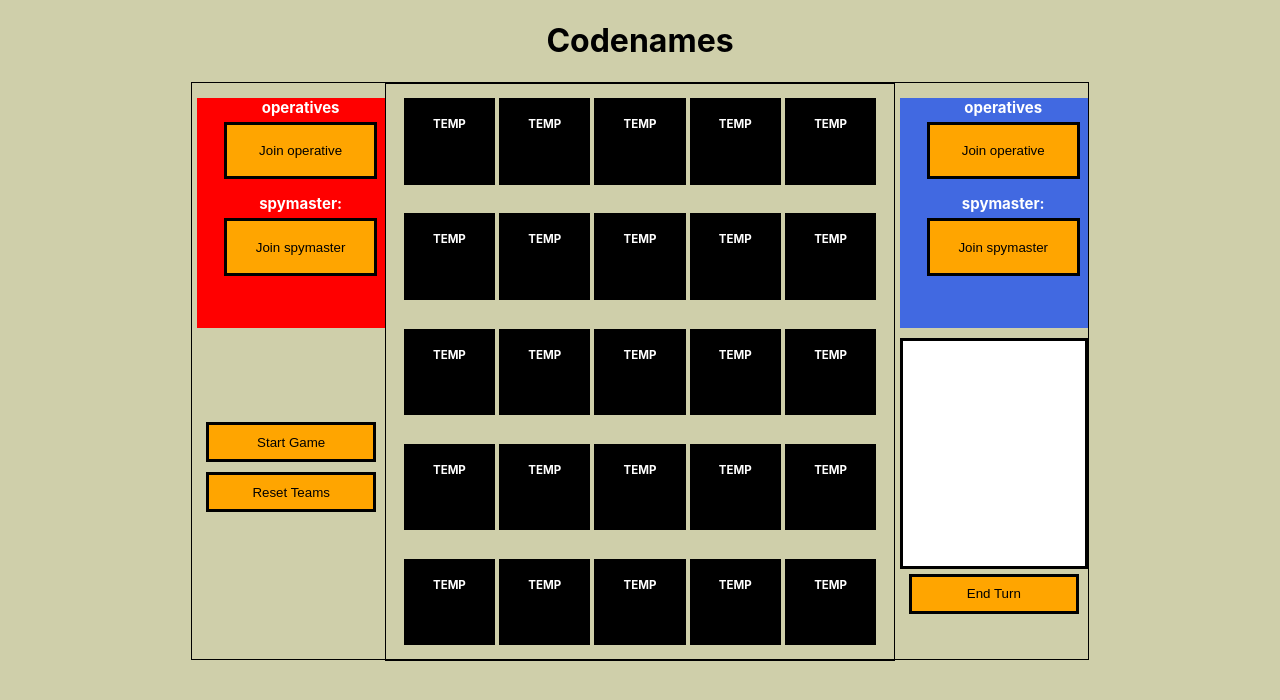
Repository: alcarrizo/Codenames-Fullstack
Page: / (app in client/)
The author's editor kept a copy of each file at every save. The page is drawn from the files as they stood at one save, then again after the next save.
The browser window is 1280 px wide. The pictures show the whole page.
The project was rebuilt for these pictures with package versions that can differ from the ones it lists, and the page was loaded fresh each time. Imported but missing from the stored project, and not drawn on this page: client/src/reportWebVitals.

Above is the page before, as saved 2023-01-09 21:07:34.

### client/src/index.js
import React from 'react';
import ReactDOM from 'react-dom/client';
import './index.css';
import App from './App';
import reportWebVitals from './reportWebVitals';
import './css/styles.css'


const root = ReactDOM.createRoot(document.getElementById('root'));
root.render(
  <React.StrictMode>
    <App />
  </React.StrictMode>
);

// If you want to start measuring performance in your app, pass a function
// to log results (for example: reportWebVitals(console.log))
// or send to an analytics endpoint. Learn more: https://bit.ly/CRA-vitals
reportWebVitals();

### client/src/App.js
import logo from './logo.svg';
import './App.css';
import { useState, useEffect } from 'react';

const Wrapper = ({ cards }) => {
  return (
    <div className='wrapper'>
      <PlayerSide className="red" />
      <Board cards={cards} />
      <PlayerSide className="blue" />
      <div className='win-screen hide' id='win-screen'></div>
    </div>
  )
}

const Card = ({ card, className }) => {

  className = card.clicked ? className + " " + card.team : className
  console.log(className)
  return (
    <div className={className}>
      {card.word === null ? 'temp' : card.word}
    </div>
  )
}
const PlayerSide = ({ className }) => {
  if (className === 'red') {
    return (
      <div className={className + "Side"}>
        <PlayerInfo className={className} />
        <div className='menu'>
          <Btn className='menuBtn' id="startBtn" name="Start Game" />
          <Btn className='menuBtn' id="resetBtn" name="Reset Teams" />
        </div>
      </div>
    )
  }
  else {
    return (
      <div className={className + "Side"}>
        <PlayerInfo className={className} />
        <div className='clue-log'></div>
        <Btn className='menuBtn' id="endTurn" name="End Turn" />
      </div>
    )
  }
}
const PlayerInfo = ({ className }) => {
  return (
    <div className={className + "Team"}>
      <p>operatives </p>
      <p id={className + '-operative-players'}></p>
      <Btn className="join-button" id={className + '-join-operative'} name="Join operative" />
      <p>spymaster: </p>
      <p id={className + '-spymaster-players'}></p>
      <Btn className="join-button" id={className + '-join-spymaster'} name="Join spymaster" />
      <p id={className + '-remaining-cards'}></p>
    </div>
  )

}

const Btn = (props) => {
  return (
    <button id={props.id} className={props.className}>{props.name}</button>
  )
}

const Board = ({ cards }) => {

  return (
    <div className='gameBoard'>
      {
        cards.map((card, id) =>
          <Card
            key={id}
            className="card"
            card={card} />
        )
      }

    </div>
  )
}

const App = () => {

  const [cards, setCards] = useState(Array(25).fill({
    word: null,
    team: 'black',
    clicked: true
  }))


  return (
    <div className="App">
      <h1>Codenames</h1>

      <Wrapper cards={cards} />
      <div className='clue-area hide' id='clue-area'>
        <input className='clue-text' id='clue-text' type="text" />
        <div className="rangeDiv" id="rangeDiv">
          <input className="clue-range" id='clueRange' type="range" autoComplete='off' min="0" max="10" defaultValue="0" />
          <h3 className="range-number" id="rangeNumber">0</h3>
        </div>
        <Btn className="clue-submit" id="clue-submit" name="Give Clue" />
      </div>

    </div>
  );
}

export default App;

### client/src/css/styles.css
body {
    background-color: #cfcfaa;
}

body.red {
    background-color: #b44c2b;
}

body.blue {
    background-color: #4799b7;
}

.wrapper {
    position: relative;
    border: 0.05rem solid black;
    width: 70%;
    height: 80vh;
    display: flex;
    background: none;
    margin: 0 auto;

}

.gameBoard {
    display: flex;
    flex-wrap: wrap;
    justify-content: center;
    text-align: center;
    width: 35rem;
    height: 100%;
    /*   width: 500px;
    height: 500px; */
    /*width: 15rem;
    height: 15rem;
    */
    border: 0.05rem solid black;
    margin: auto;
}



.card {
    /* background-color: royalblue; */
    background-color: beige;
    box-sizing: border-box;
    /*width: 75px;
    height: 65px;
  */
    /*   width: 5.5rem;
    height: 5rem; */
    width: 18%;
    height: 15%;
    margin: auto 2px;
    border: 2px black solid;
    font-size: .9vw;
    padding-top: 17px;
    text-transform: uppercase;
    font-weight: bold;
    transition: none;
}

.card.blue {
    background-color: royalblue;

}

.card.red {
    background-color: #ff6000;
}

.card.black {
    background-color: black;
    color: white;

}

.card.beige {
    background-color: #b9b979;
}

.card.blue,
.card.red,
.card.black,
.card.beige {
    transition: background-color 1s;
}

.card.blue.picked,
.card.red.picked,
.card.black.picked,
.card.beige.picked {
    transition: opacity 1s;
    opacity: 50%;
}


.redSide,
.blueSide {
    color: white;
    height: 100%;
    width: 13rem;
    font-size: 15px;
    font-weight: bold;
    padding-left: 5px;
    padding-bottom: 10px;
    margin: 0 auto;
}

.blueTeam,
.redTeam {
    height: 40%;
    margin-top: 10px;
    padding-left: 10%;

    box-sizing: border-box;
}

.redTeam {
    background-color: red;

}

.blueTeam {
    background-color: royalblue;

}

.blueSide {
    height: 100%;
}

.join-button {
    display: block;
    width: 90%;
    height: 25%;
    margin: -10px auto 0;
    background-color: orange;
    border: black solid 3px;
}

.join-button.hide {
    display: none;
}

.menuBtn {
    display: block;
    width: 90%;
    height: 40px;
    margin: 0 auto;
    background-color: orange;
    border: black solid 3px;
    margin-bottom: 10px;


}

.menuBtn.hide {
    display: none;
}

.menu {
    display: block;
    width: 100%;
    margin-top: 50%;
}

.clue-log {
    color: black;
    width: 100%;
    height: 40%;
    margin: 10px 0 5px;
    padding-left: 10px;
    background-color: white;
    box-sizing: border-box;
    border: black solid 3px;
    overflow-y: auto;
    line-height: 1.5;
}

.rangeDiv {
    display: inline-block;
    text-align: center;

}

.rangeDiv h3 {
    margin: 0;
    display: inline-block;
}

.clue-area {
    margin: 10px auto 0;
    width: 400px;
    height: 50px;
    margin-bottom: 15px;
}

.clue-area.hide {
    display: none;
}

.clue-submit {
    display: block;
    margin: 10px auto 0;
}

.win-screen {
    box-sizing: border-box;
    position: absolute;
    width: 30%;
    height: 30%;
    background-color: orange;
    top: 35%;
    left: 35%;
    text-align: center;
    font-size: 35px;
    line-height: 170px;
    font-weight: 800;
    border: black solid 3px;

}

.win-screen.hide {
    display: none;
}

Loaded but not shown: client/public/index.html (common file); client/src/index.css (common file); client/src/App.css (common file)

After the next save:
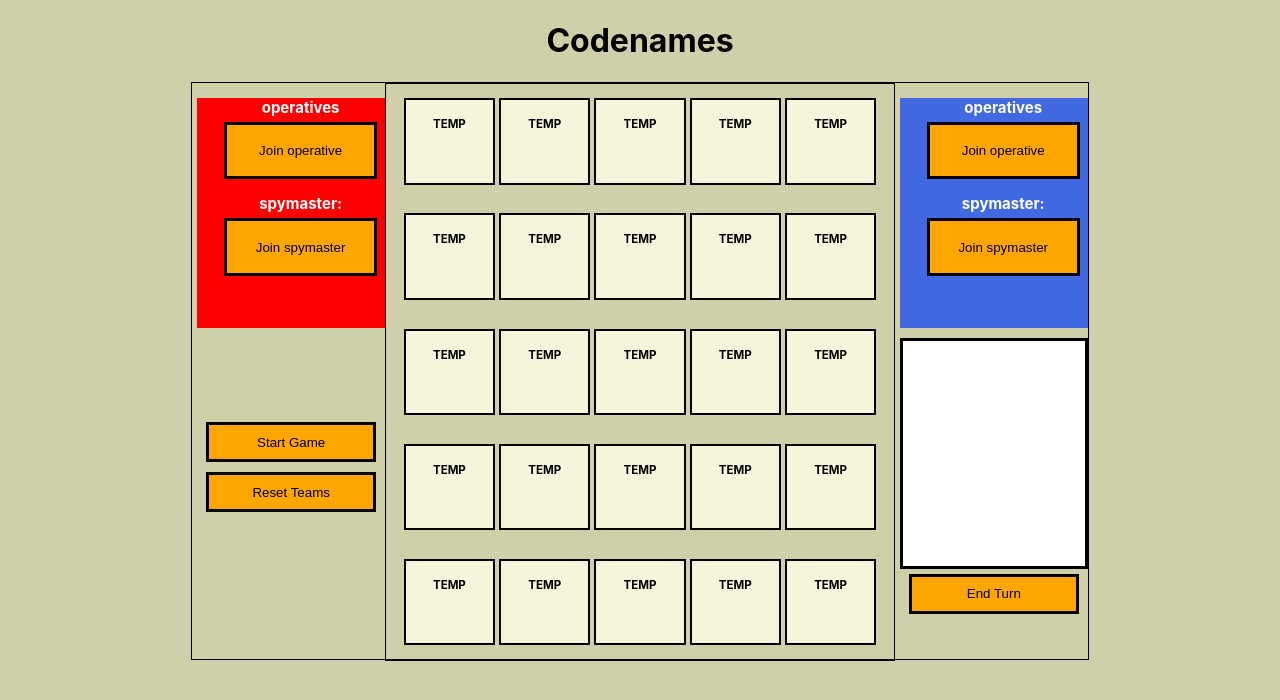
Saved 9 s later.
--- a/client/src/App.js
+++ b/client/src/App.js
@@ -88,7 +88,7 @@ const App = () => {
   const [cards, setCards] = useState(Array(25).fill({
     word: null,
     team: 'black',
-    clicked: true
+    clicked: false
   }))
 
 
